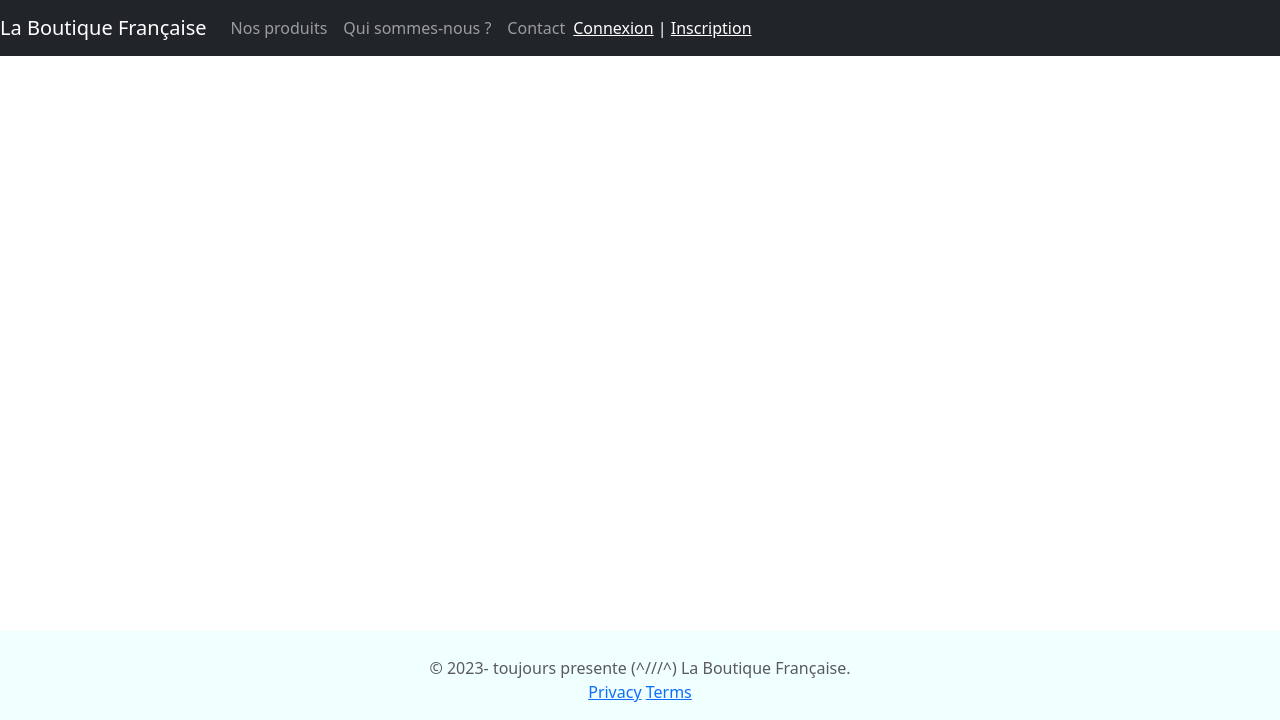
Repository: Coulibaly00180/laboutiquefrancaise
Page: templates/product/index.html.twig
These files come from the project's save history. The page is drawn as it stood at one moment and after the next save; the edit follows.
The browser window is 1280 px wide. The pictures show the whole page.
The page is a Twig template of a Symfony application; nobody is signed in and links lead nowhere. The template is opened directly, without the code that normally fills it, so the values that code supplies are empty.

Above is the page before, as saved 2023-03-05 13:03:48.

After the next save:
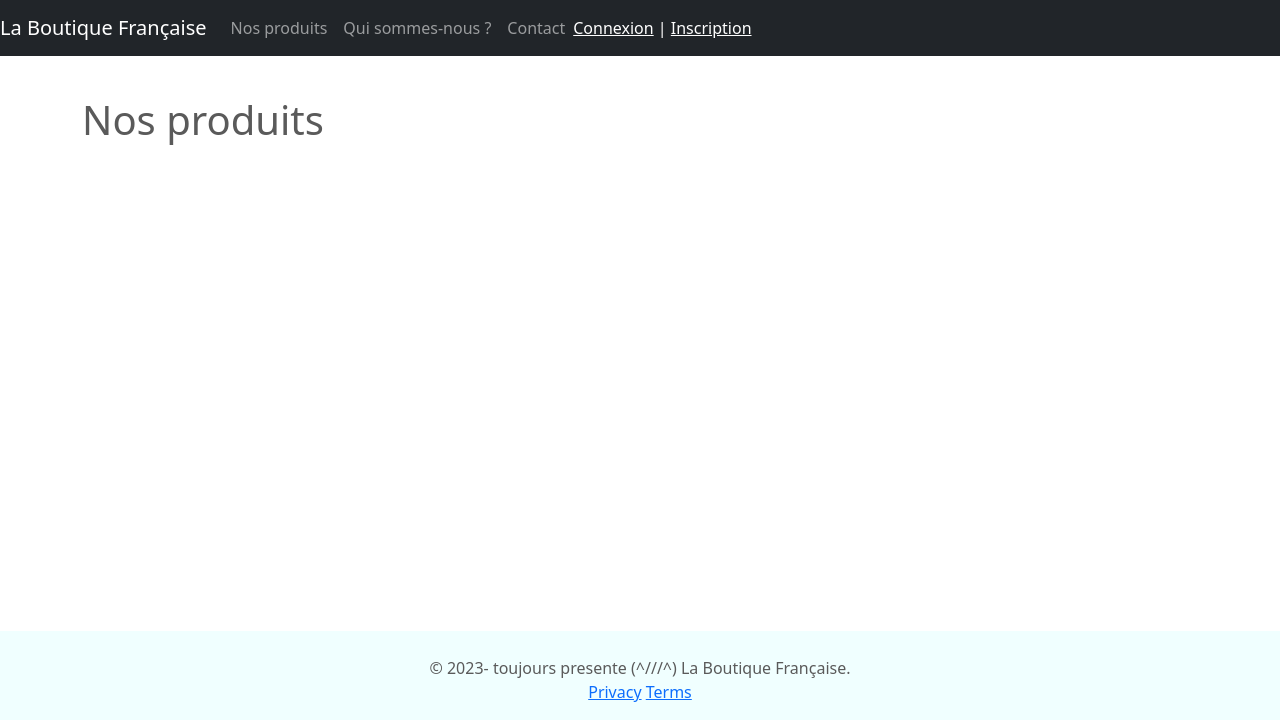
Saved 6 min 46 s later.
--- a/templates/product/index.html.twig
+++ b/templates/product/index.html.twig
@@ -3,5 +3,5 @@
 {% block title %}Nos produits - La Boutique Française{% endblock %}
 
 {% block content %}
-    <h1></h1>
+    <h1>Nos produits</h1>
 {% endblock %}
